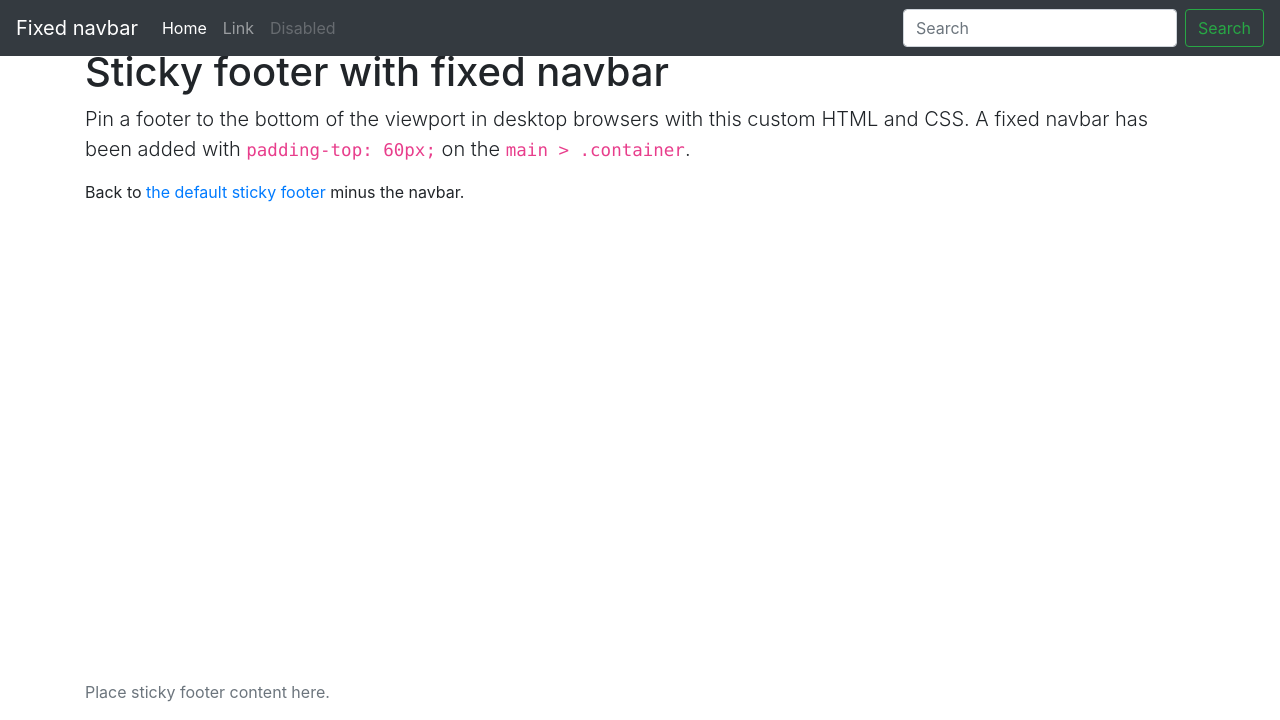
Repository: Audio-site/sunbeats
Page: index.html
An editor plug-in stored every save of this project. The page is shown before and after the next save, followed by the edit.
The browser window is 1280 px wide. The pictures show the whole page.

Above is the page before, as saved 2020-08-24 23:51:43.
Not found: css/sticky-footer-navbar.css

After the next save:
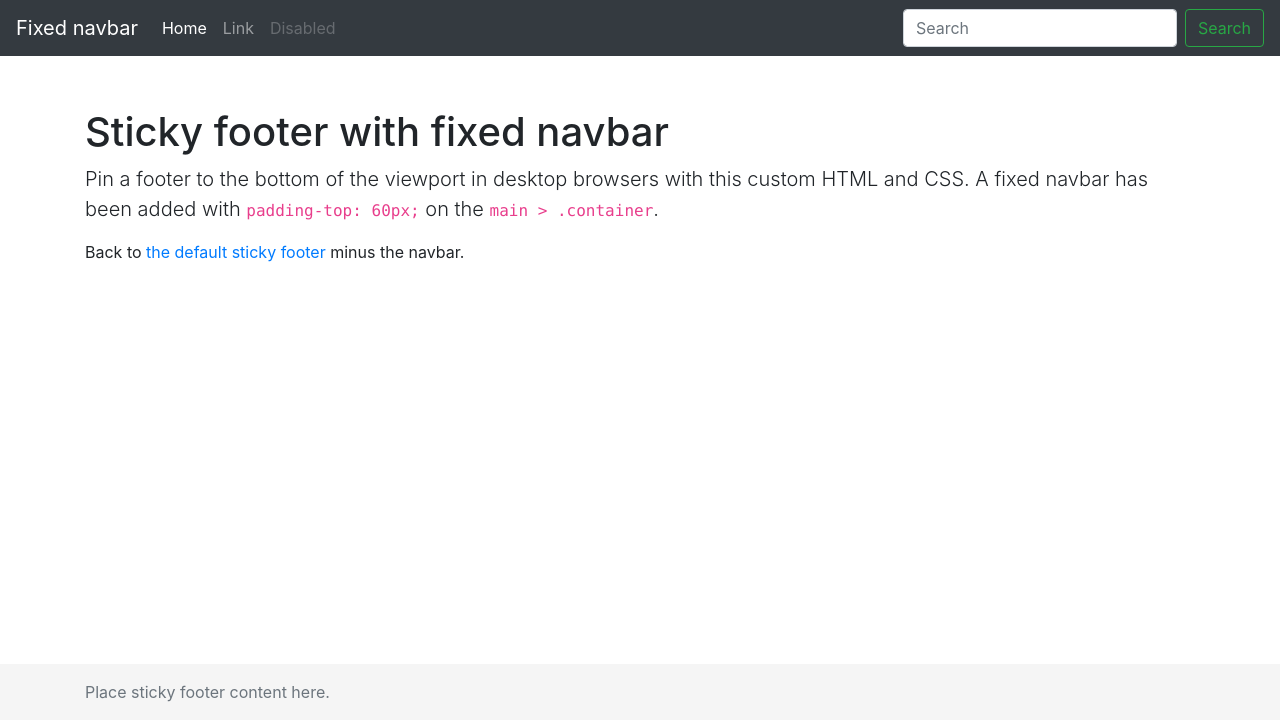
Saved 2 min 49 s later.
--- a/index.html
+++ b/index.html
@@ -30,7 +30,7 @@
       }
     </style>
     <!-- Custom styles for this template -->
-    <link href="css/sticky-footer-navbar.css" rel="stylesheet">
+    <link href="assets/css/sticky-footer-navbar.css" rel="stylesheet">
   </head>
   <body class="d-flex flex-column h-100">
     <header>
